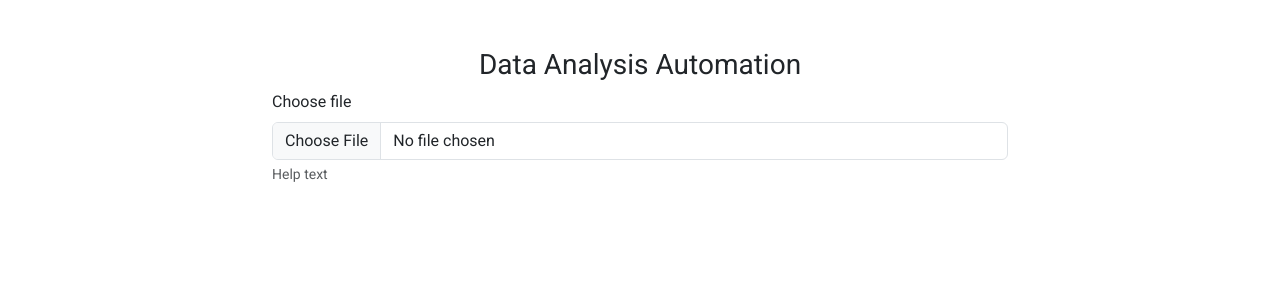
Repository: akashverma-1/Grid-line
Page: http://localhost/data/analysis
These files come from the project's save history. The page is drawn as it stood at one moment and after a run of saves; the edit follows.
The browser window is 1280 px wide. The pictures show the whole page.
Some web libraries are served in a nearby version. The page is served by the project's application, run on Flask 3 (app.py). Other server files are loaded and not shown.

Above is the page before, as saved 2024-04-24 16:18:48.

### templates/Data_analysis.html
<!DOCTYPE html>
<html lang="en">

<head>
    <meta charset="UTF-8">
    <meta name="viewport" content="width=device-width, initial-scale=1.0">
    <title>Document</title>
    <script src="https://cdnjs.cloudflare.com/ajax/libs/vue/2.4.4/vue.js"></script>
    <link href="https://cdn.jsdelivr.net/npm/bootstrap@5.3.2/dist/css/bootstrap.min.css" rel="stylesheet"
        integrity="sha384-T3c6CoIi6uLrA9TneNEoa7RxnatzjcDSCmG1MXxSR1GAsXEV/Dwwykc2MPK8M2HN" crossorigin="anonymous" />
    <!-- FontAwesome 6.2.0 CSS -->
    <link rel="stylesheet" href="https://cdnjs.cloudflare.com/ajax/libs/font-awesome/6.2.0/css/all.min.css"
        integrity="sha512-xh6O/CkQoPOWDdYTDqeRdPCVd1SpvCA9XXcUnZS2FmJNp1coAFzvtCN9BmamE+4aHK8yyUHUSCcJHgXloTyT2A=="
        crossorigin="anonymous" referrerpolicy="no-referrer" />

    <!-- (Optional) Use CSS or JS implementation -->
    <script src="https://cdnjs.cloudflare.com/ajax/libs/font-awesome/6.2.0/js/all.min.js"
        integrity="sha512-naukR7I+Nk6gp7p5TMA4ycgfxaZBJ7MO5iC3Fp6ySQyKFHOGfpkSZkYVWV5R7u7cfAicxanwYQ5D1e17EfJcMA=="
        crossorigin="anonymous" referrerpolicy="no-referrer"></script>

    <style>
        @import "https://fonts.googleapis.com/css?family=Roboto";
        body {
            padding: 0;
            margin: 0;
            background-color: #fff;
            font-family: "Roboto", sans-serif;
        }

        .step-wrapper {
            padding: 20px 0;
            display: none;
        }

        .step-wrapper.active {
            display: block;
        }

        .step-indicator {
            border-collapse: separate;
            display: table;
            margin-left: 0px;
            position: relative;
            table-layout: fixed;
            text-align: center;
            vertical-align: middle;
            padding-left: 0;
            padding-top: 20px;
        }

        .step-indicator li {
            display: table-cell;
            position: relative;
            float: none;
            padding: 0;
            width: 1%;
        }

        .step-indicator li:after {
            background-color: #ccc;
            content: "";
            display: block;
            height: 1px;
            position: absolute;
            width: 100%;
            top: 32px;
        }

        .step-indicator li:after {
            left: 50%;
        }

        .step-indicator li:last-child:after {
            display: none;
        }

        .step-indicator li.active .step {
            border-color: #4183d7;
            color: #4183d7;
        }

        .step-indicator li.active .caption {
            color: #4183d7;
        }

        .step-indicator li.complete:after {
            background-color: #87d37c;
        }

        .step-indicator li.complete .step {
            border-color: #87d37c;
            color: #87d37c;
        }

        .step-indicator li.complete .caption {
            color: #87d37c;
        }

        .step-indicator .step {
            background-color: #fff;
            border-radius: 50%;
            border: 1px solid #ccc;
            color: #ccc;
            font-size: 24px;
            height: 64px;
            line-height: 64px;
            margin: 0 auto;
            position: relative;
            width: 64px;
            z-index: 1;
        }

        .step-indicator .step:hover {
            cursor: pointer;
        }

        .step-indicator .caption {
            color: #ccc;
            padding: 11px 16px;
        }
    </style>
</head>

<body>
    <div class="container">
        <div class="row my-5">
            <h3 class="text-center">Data Analysis Automation</h3>
            <div class="col-md-8 mx-auto">
                <form method="POST" action="" enctype="multipart/form-data">
                   <!-- upload -->
                   <div class="mb-3">
                    <label for="" class="form-label">Choose file</label>
                    <input
                        type="file"
                        class="form-control"
                        name=""
                        id=""
                        placeholder=""
                        aria-describedby="fileHelpId"
                    />
                    <div id="fileHelpId" class="form-text">Help text</div>
                   </div>

                </form>
            </div>
        </div>
    </div>
    <script src="https://cdn.jsdelivr.net/npm/@popperjs/core@2.11.8/dist/umd/popper.min.js"
        integrity="sha384-I7E8VVD/ismYTF4hNIPjVp/Zjvgyol6VFvRkX/vR+Vc4jQkC+hVqc2pM8ODewa9r"
        crossorigin="anonymous"></script>

    <script src="https://cdn.jsdelivr.net/npm/bootstrap@5.3.2/dist/js/bootstrap.min.js"
        integrity="sha384-BBtl+eGJRgqQAUMxJ7pMwbEyER4l1g+O15P+16Ep7Q9Q+zqX6gSbd85u4mG4QzX+"
        crossorigin="anonymous"></script>
    <script>
        Vue.component("step-navigation-step", {
            template: "#step-navigation-step-template",

            props: ["step", "currentstep"],

            computed: {
                indicatorclass() {
                    return {
                        active: this.step.id == this.currentstep,
                        complete: this.currentstep > this.step.id
                    };
                }
            }
        });

        Vue.component("step-navigation", {
            template: "#step-navigation-template",

            props: ["steps", "currentstep"]
        });

        Vue.component("step", {
            template: "#step-template",

            props: ["step", "stepcount", "currentstep"],

            computed: {
                active() {
                    return this.step.id == this.currentstep;
                },

                firststep() {
                    return this.currentstep == 1;
                },

                laststep() {
                    return this.currentstep == this.stepcount;
                },

                stepWrapperClass() {
                    return {
                        active: this.active
                    };
                }
            },

            methods: {
                nextStep() {
                    this.$emit("step-change", this.currentstep + 1);
                },

                lastStep() {
                    this.$emit("step-change", this.currentstep - 1);
                }
            }
        });

        new Vue({
            el: "#app",

            data: {
                currentstep: 1,

                steps: [
                    {
                        id: 1,
                        title: "Automation",
                        icon_class: "fa fa-user-circle"
                    },
                    {
                        id: 2,
                        title: "Choose",
                        icon_class: "fa fa-th-list"
                    },
                    {
                        id: 3,
                        title: "Configure & Finish",
                        icon_class: "fa fa-paper-plane"
                    }
                ]
            },

            methods: {
                stepChanged(step) {
                    this.currentstep = step;
                }
            }
        });

    </script>
</body>

</html>

### app.py
from flask import Flask, render_template, request
from auto_data_analysis import *
app = Flask(__name__)


@app.route('/')
def index():
    return render_template('index.html')

@app.route('/data/analysis', methods=['GET', 'POST'])
def data_analysis_automation():

    return render_template('Data_analysis.html')

@app.route('/scraper/automation', methods=['GET', 'POST'])
def scraper_automation():
    if request.method == 'POST':
        print(request.form)
    return render_template('scraper_automation.html')

@app.route('/data/cleaning/automation', methods=['GET', 'POST'])
def data_cleaning_automation():
    if request.method == 'POST':
        print(request.form)
    return render_template('data_analysis.html')

@app.route('/database/maintenance/automation', methods=['GET', 'POST'])
def database_maintenance_automation():
    return render_template('database_maintenance.html')

@app.route('/email/sending/automation', methods=['GET', 'POST'])
def email_sending_automation():
    return render_template('email_sending.html')

@app.route('/file/automation', methods=['GET', 'POST'])
def file_automtion():
    return render_template('file_automation.html')

@app.route('/image/processing', methods=['GET', 'POST'])
def image_processing():
    return render_template('image_processing.html')

@app.route('/natural/language/processing', methods=['GET', 'POST'])
def natural_language_processing():
    return render_template('natural_language_processing.html')

@app.route('/pdf/manipulation', methods=['GET', 'POST'])
def pdf_manipulation():
        return render_template('pdf_maipulation.html')

@app.route('/report/generation', methods=['GET', 'POST'])
def report_generation():
    return render_template('report_generation.html')

@app.route('/social/mediaposting', methods=['GET', 'POST'])
def social_mediaposting():
        return render_template('social_mediaposting.html')

@app.route('/task/scheduling', methods=['GET', 'POST'])
def task_scheduling():
        return render_template('task_scheduling.html')

@app.route('/text/processing', methods=['GET', 'POST'])

def text_processing():
        return render_template('text_processing.html')

@app.route('/web/testing', methods=['GET', 'POST'])
def web_testing():
        return render_template('web_testing.html')



if __name__ == '__main__':
    app.run(host='127.0.0.1', port=8000, debug=True)

After the next 4 saves:
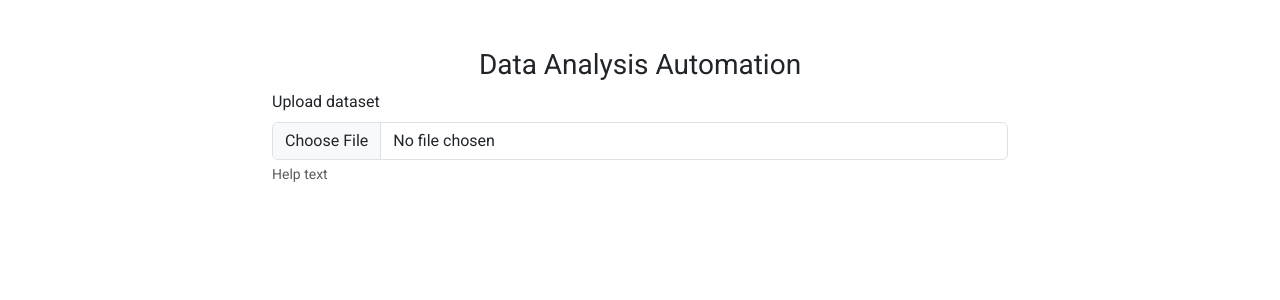
The 4 saves are shown as one change because they came seconds apart.
The last was saved 15 s later.
--- a/templates/Data_analysis.html
+++ b/templates/Data_analysis.html
@@ -129,13 +129,13 @@
                 <form method="POST" action="" enctype="multipart/form-data">
                    <!-- upload -->
                    <div class="mb-3">
-                    <label for="" class="form-label">Choose file</label>
+                    <label for="file" class="form-label">Upload dataset</label>
                     <input
                         type="file"
                         class="form-control"
-                        name=""
-                        id=""
-                        placeholder=""
+                        name="file"
+                        id="file"
+                        placeholder="file here"
                         aria-describedby="fileHelpId"
                     />
                     <div id="fileHelpId" class="form-text">Help text</div>
